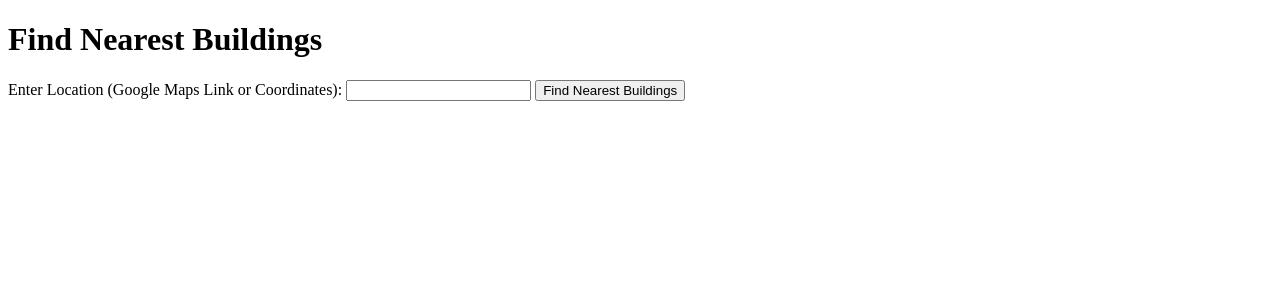
Repository: tuansanji/findmap
Page: index.html
An editor plug-in stored every save of this project. The page is shown before and after the next save, followed by the edit.
The browser window is 1280 px wide. The pictures show the whole page.

Above is the page before, as saved 2023-08-20 18:59:19.

After the next save:
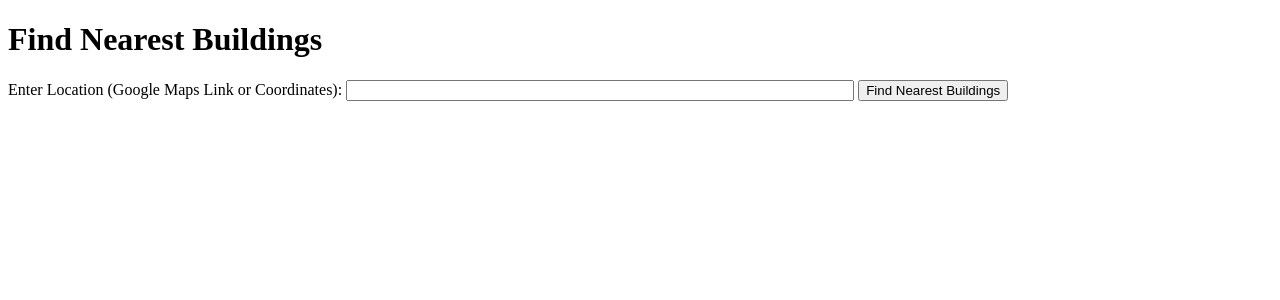
Saved 56 s later.
--- a/index.html
+++ b/index.html
@@ -10,7 +10,7 @@
     <label for="locationInput"
       >Enter Location (Google Maps Link or Coordinates):</label
     >
-    <input type="text" id="locationInput" />
+    <input type="text" id="locationInput" style="width: 500px" />
     <button onclick="findNearestBuildings()">Find Nearest Buildings</button>
     <div id="result"></div>
 
